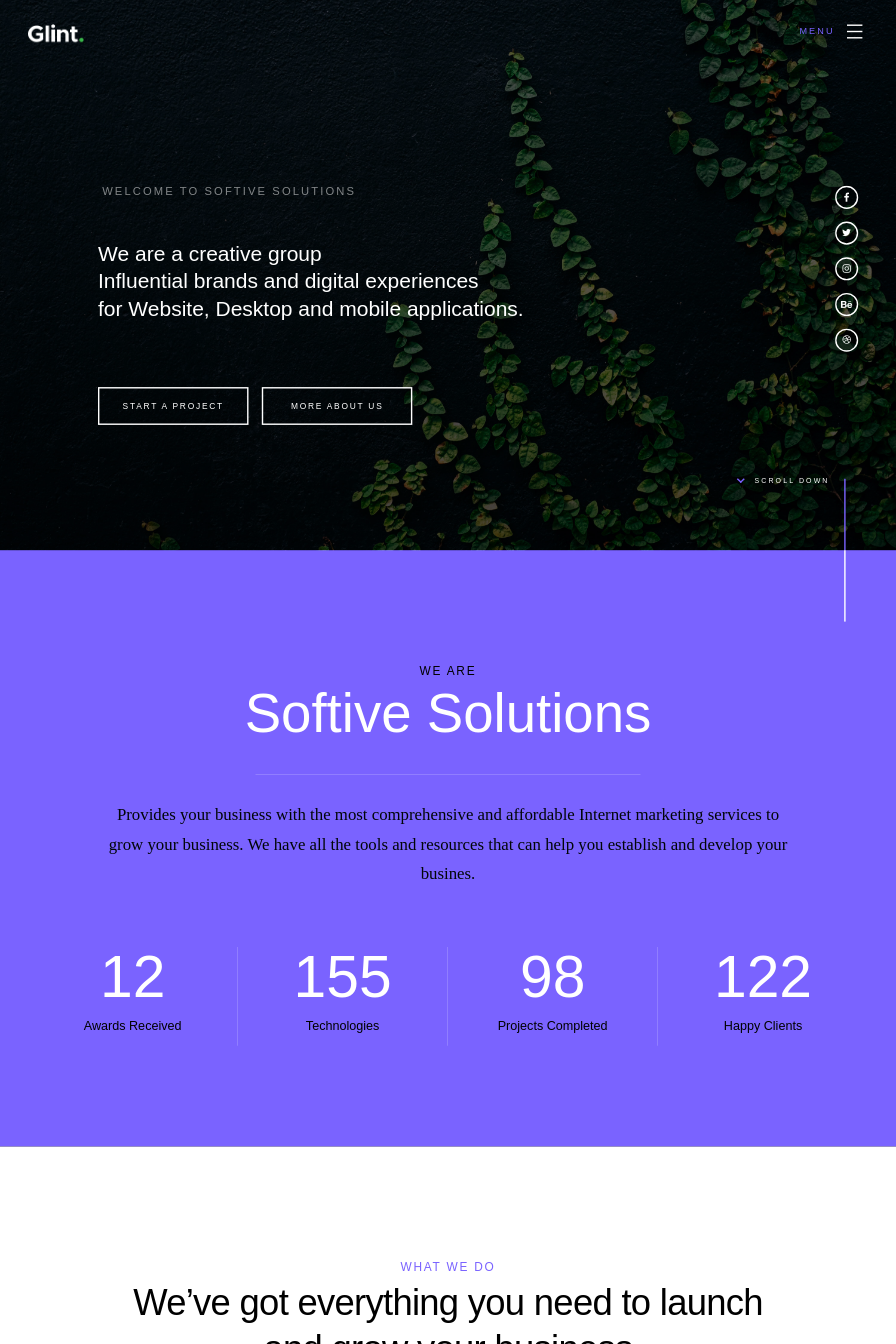
Repository: ahsankalim09/light-Agency
Page: index.html
The author's editor kept a copy of each file at every save. The page is drawn from the files as they stood at one save, then again after the next save.
The browser window is 1280 px wide. The pictures show the part of the page from y = 0 to 1920 px (the page is 8363 px tall), at 70% of full size.
Some web fonts or font styles are not loaded; a fallback is used.

Above is the page before, as saved 2020-12-27 19:28:45.

After the next save:
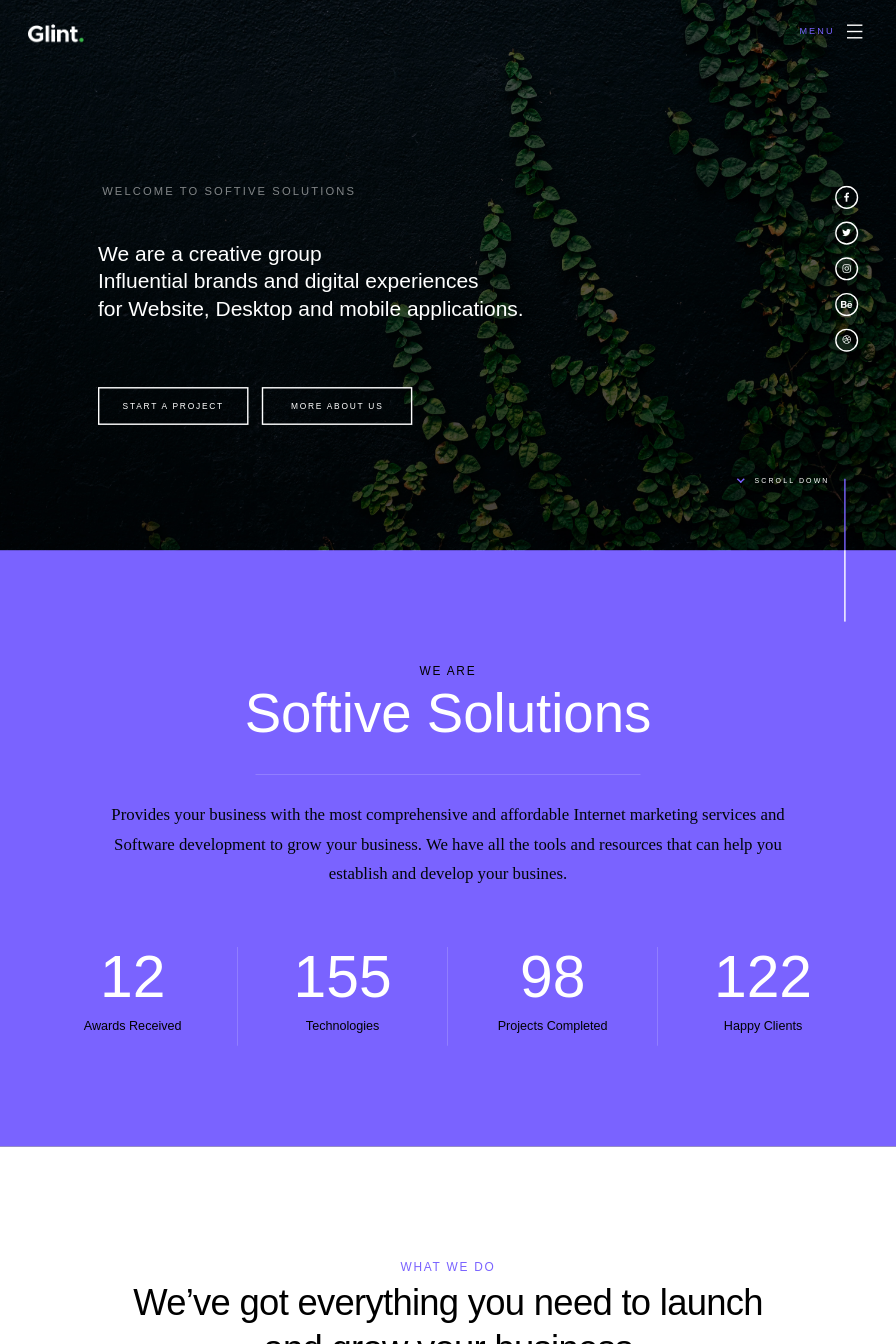
Saved 28 s later.
--- a/index.html
+++ b/index.html
@@ -128,7 +128,7 @@ More About Us
 <div class="row about-desc" data-aos="fade-up">
 <div class="col-full">
 <p>
-    Provides your business with the most comprehensive and affordable Internet marketing services to grow your business. We have all the tools and resources that can help you establish and develop your busines.
+    Provides your business with the most comprehensive and affordable Internet marketing services and Software development to grow your business. We have all the tools and resources that can help you establish and develop your busines.
 </p>
 </div>
 </div>
